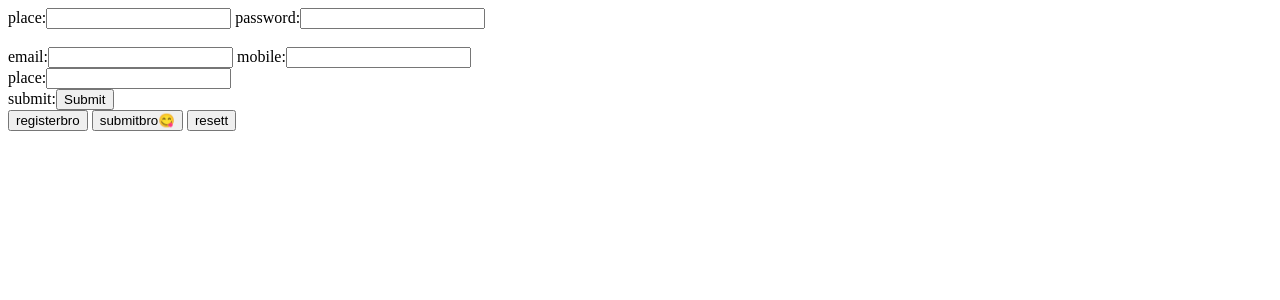
Repository: viveknaidu007/repo-113-HTML
Page: 9.html
These files come from the project's save history. The page is drawn as it stood at one moment and after the next save; the edit follows.
The browser window is 1280 px wide. The pictures show the whole page.

Above is the page before, as saved 2024-06-14 22:42:39.

### 9.html
<!DOCTYPE html>
<html>
    <head>
        <title> forms demo</title>
    </head>

    <body>
        <form action="response.html">
            place:<input type="text">
            password:<input type="password"> <br> <br>
            email:<input type="email">
            mobile:<input type="tel"> <br>
            place:<input type="number"> <br>
            submit:<input type="submit"> <br>
            <input type="submit" value="registerbro">
            <input type="submit" value="submitbro😋">
            <input type="reset" value="resett">

        </form>
    </body>
</html>

After the next save:
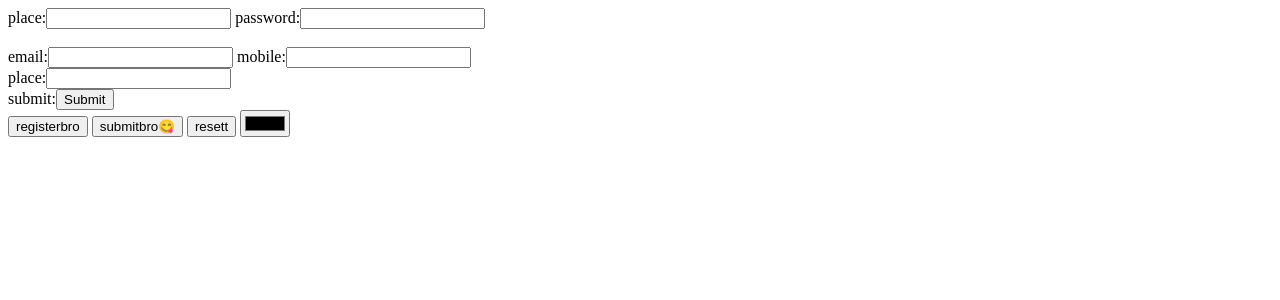
Saved 73 s later.
--- a/9.html
+++ b/9.html
@@ -15,6 +15,7 @@
             <input type="submit" value="registerbro">
             <input type="submit" value="submitbro😋">
             <input type="reset" value="resett">
+            <input type="color">
 
         </form>
     </body>
